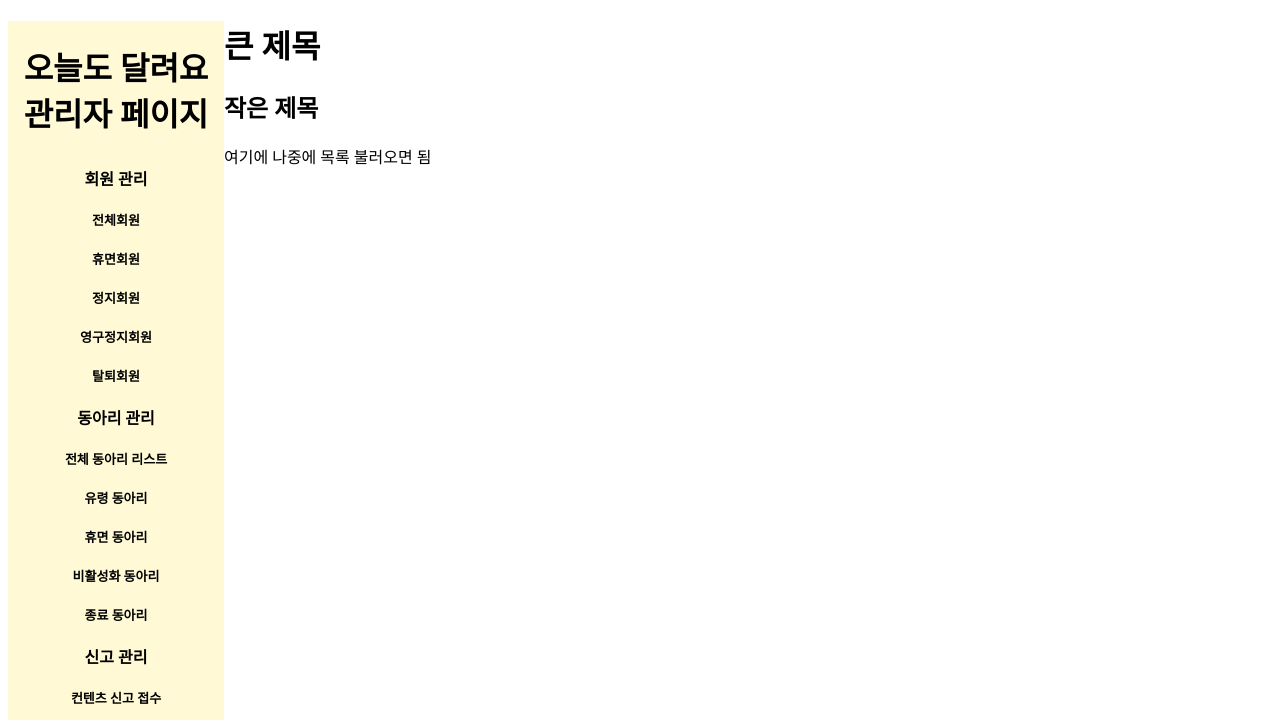
Repository: hyodii/FinalProject
Page: http://localhost/ViewPage/adminPageSideTab.jsp
The author's editor kept a copy of each file at every save. The page is drawn from the files as they stood at one save, then again after the next save.
The browser window is 1280 px wide. The pictures show the whole page.
The page is served by Tomcat 9.

Above is the page before, as saved 2021-12-03 12:07:20.

### ViewPage/WebContent/adminPageSideTab.jsp
<%@ page language="java" contentType="text/html; charset=UTF-8"
	pageEncoding="UTF-8"%>
<!DOCTYPE html>
<html>
<head>
<meta charset="UTF-8">
<title>adminPageSideTab.jsp</title>
<style type="text/css">
.sidebardiv
{
	list-style-type: none;
	padding: 0px;
	margin: 0px;
	width: 30vh;
	background: #FFFAD5;
	height: 100%;
	overflow: auto;
	position: fixed;
	text-align: center;
}

ul.subSidebar
{
	font-size: small;
}
ul.sidebar, ul.subSidebar
{
	list-style: none;
	padding: 0px;
}
.sidebar li a
{
	text-decoration: none;
	padding: 10px;
	display: block;
	color: #000;
	font-weight: bold;
}

.sidebar li a:hover
{
	background: #ffd34e;
	color: #fff;
}

/* 나중에 여기에 내용 적을 때 적용 css */
.cd1
{
	margin-left: 30vh;
}
</style>

</head>
<body>

<div class="sidebardiv">
	<ul class="sidebar">
		<li><h1>오늘도 달려요 관리자 페이지</h1></li>

		<li><a href="#">회원 관리</a>
			<ul class="subSidebar">
				<li><a href="#">전체회원</a></li>
				<li><a href="#">휴면회원</a></li>
				<li><a href="#">정지회원</a></li>
				<li><a href="#">영구정지회원</a></li>
				<li><a href="#">탈퇴회원</a></li>
			</ul>
		</li>

		<li><a href="#">동아리 관리</a>
			<ul class="subSidebar">
				<li><a href="#">전체 동아리 리스트</a></li>
				<li><a href="#">유령 동아리</a></li>
				<li><a href="#">휴면 동아리</a></li>
				<li><a href="#">비활성화 동아리</a></li>
				<li><a href="#">종료 동아리</a></li>
			</ul>
		</li>

		<li><a href="#">신고 관리</a>
			<ul class="subSidebar">
				<li><a href="#">컨텐츠 신고 접수</a></li>
				<li><a href="#">동아리 신고 접수</a></li>
				<li><a href="#">삭제 게시글</a></li>
				<li><a href="#">삭제 댓글</a></li>
				<li><a href="#">삭제 동아리</a></li>
			</ul>
		</li>

		<li><a href="#">문의 관리</a>
			<ul class="subSidebar">
				<li><a href="#">1:1 문의</a></li>
				<li><a href="#">비회원 문의</a></li>
				<li><a href="#">자주하는 질문</a></li>
			</ul>
		</li>

		<li><a href="#">홈페이지 관리</a>
			<ul class="subSidebar">
				<li><a href="#">카테고리</a></li>
				<li><a href="#">지역 리스트</a></li>
				<li><a href="#">공지사항</a></li>
			</ul>
		</li>

		<li><a href="#">대표 게시판 관리</a>
			<ul class="subSidebar">
				<li><a href="#">자유글</a></li>
				<li><a href="#">모임홍보</a></li>
				<li><a href="#">카테고리</a></li>
			</ul>
		</li>

		<li><a href="#">관리자 계정 관리</a>
		</li>

	</ul>
</div>



<div class="cd1">
	<h1>큰 제목</h1>
	<h2>작은 제목</h2>
	<p>여기에 나중에 목록 불러오면 됨</p>


</div>

</body>
</html>

After the next save:
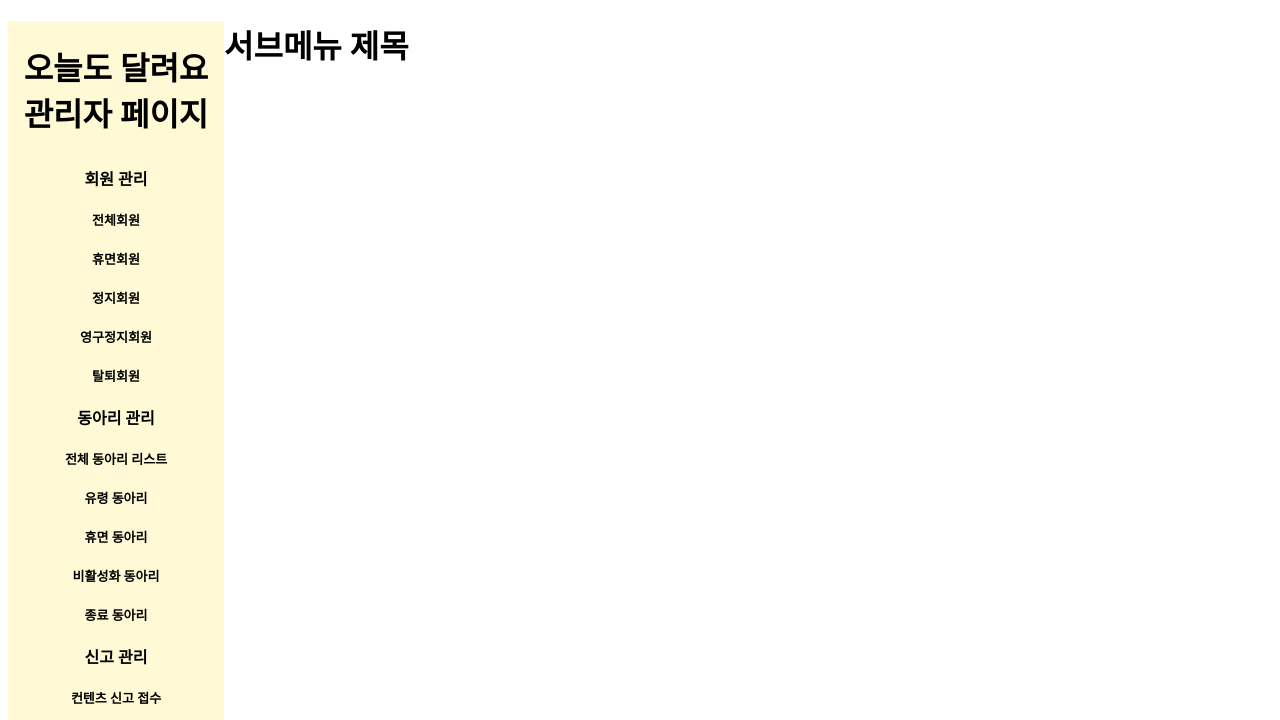
Saved 5 min 39 s later.
--- a/ViewPage/WebContent/adminPageSideTab.jsp
+++ b/ViewPage/WebContent/adminPageSideTab.jsp
@@ -120,9 +120,8 @@ ul.sidebar, ul.subSidebar
 
 
 <div class="cd1">
-	<h1>큰 제목</h1>
-	<h2>작은 제목</h2>
-	<p>여기에 나중에 목록 불러오면 됨</p>
+	<h1>서브메뉴 제목</h1>
+
 
 
 </div>
